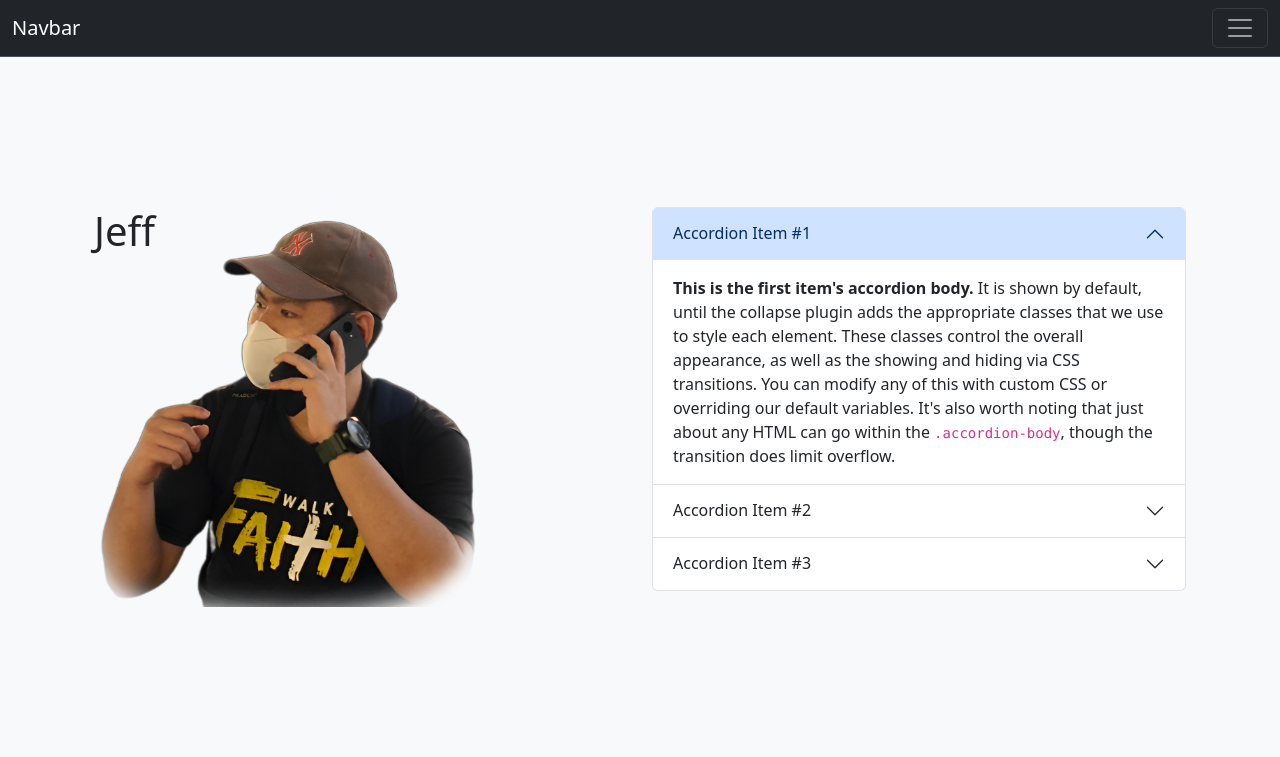
Repository: Shin-da/jeffmathew-portfolio
Page: index.html
These files come from the project's save history. The page is drawn as it stood at one moment and after a run of saves; the edit follows.
The browser window is 1280 px wide. The pictures show the whole page.

Above is the page before, as saved 2023-10-07 17:22:58.

After the next 3 saves:
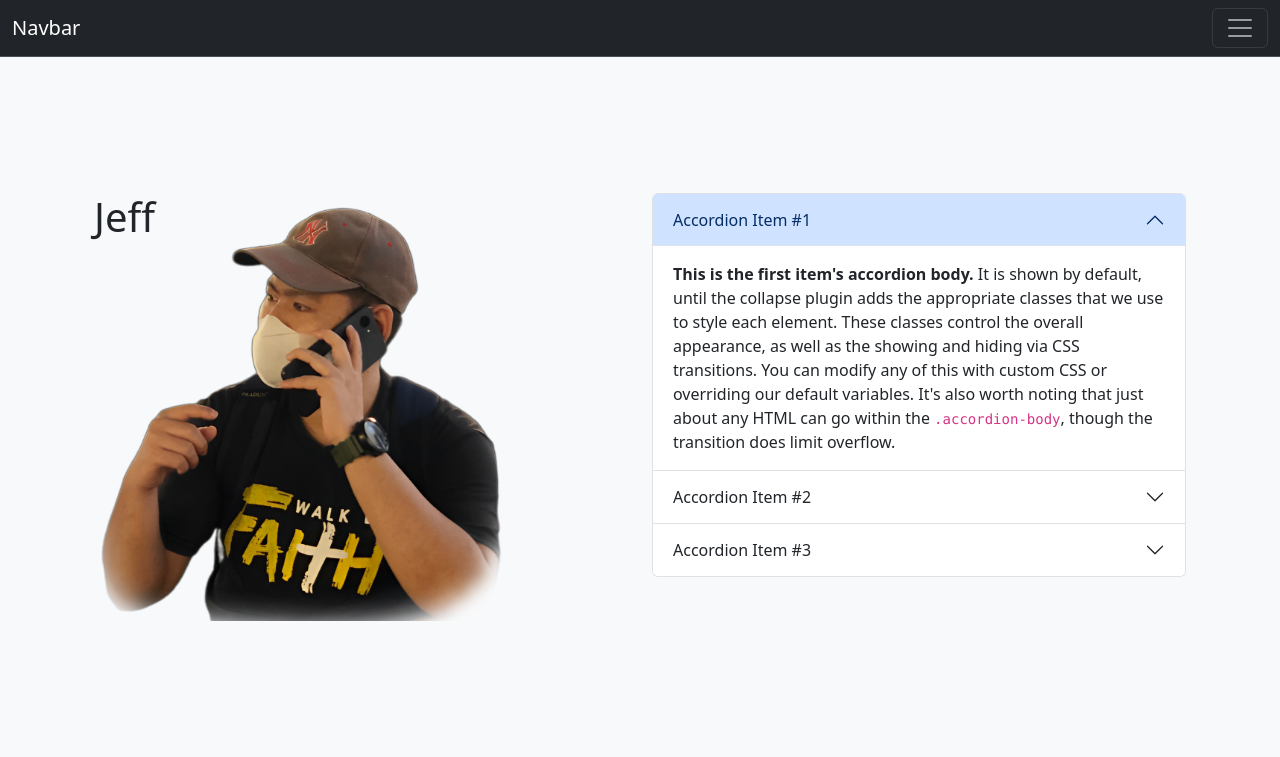
The 3 saves are shown as one change because they came seconds apart.
The last was saved 76 s later.
--- a/index.html
+++ b/index.html
@@ -40,7 +40,7 @@
       <div class="container d-flex flex-row">
         <div class="container">
           <div class="position-absolute h1 name"> <h1>Jeff </h1> </div>
-          <img src="jef.png" alt="user's picture" width="400px">
+          <img src="jef.png" alt="user's picture" width="80%">
         </div>
         <div class="container">
           <div class="accordion" id="accordionPanelsStayOpenExample">
